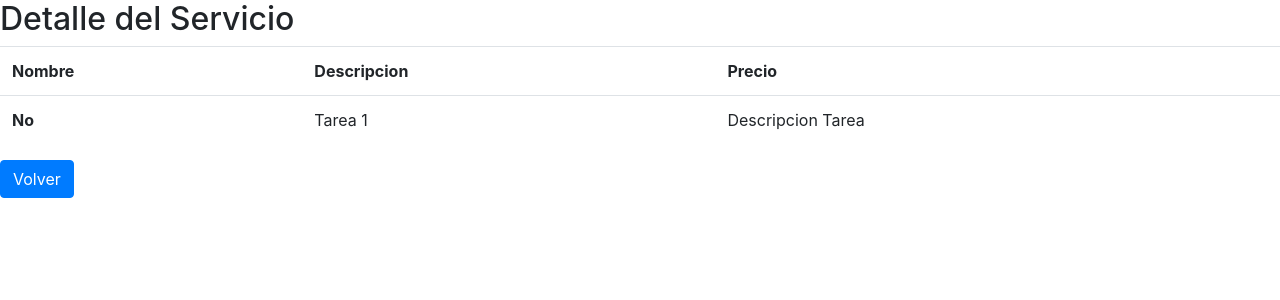
Repository: Alemartinez97/New-Repository
Page: programacion-3/tp4/servicios/ver/ver.html
An editor plug-in stored every save of this project. The page is shown before and after the next save, followed by the edit.
The browser window is 1280 px wide. The pictures show the whole page.

Above is the page before, as saved 2020-06-11 16:03:56.

### programacion-3/tp4/servicios/ver/ver.html
<!DOCTYPE html>
<html lang="en">
<head>
    <meta charset="UTF-8">
    <meta name="viewport" content="width=device-width, initial-scale=1.0">
    <title>Document</title>
    <link rel="stylesheet" href="https://stackpath.bootstrapcdn.com/bootstrap/4.5.0/css/bootstrap.min.css" integrity="sha384-9aIt2nRpC12Uk9gS9baDl411NQApFmC26EwAOH8WgZl5MYYxFfc+NcPb1dKGj7Sk" crossorigin="anonymous">
</head>
<body>
    <table class="table">
        <h2>Detalle del Servicio</h2>
        <tbody>
          <tr>
            <th>Nombre</th>
            <th>Descripcion</th>
            <th>Precio</th>
          </tr>
          <tr>
            <th>No</th>
            <td>Tarea 1</td>
            <td>Descripcion Tarea</td>
          </tr>
        </tbody>
      </table>
      <a href="../servicio.html" class="btn btn-primary">Volver</a>
</body>
</html>

After the next save:
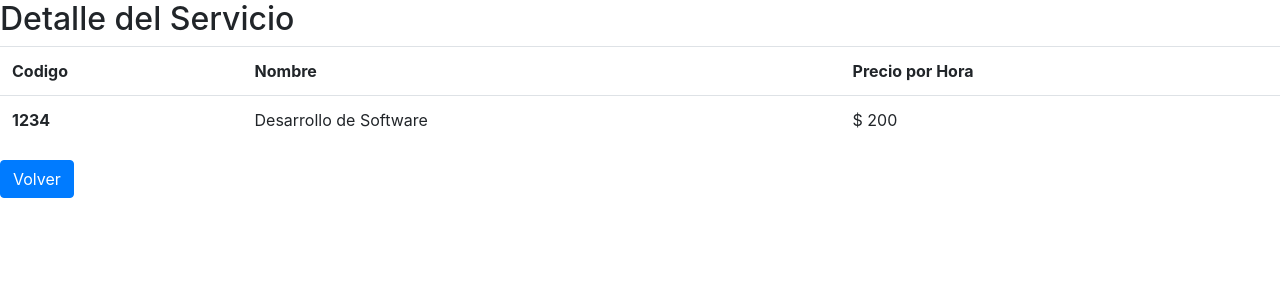
Saved 51 s later.
--- a/programacion-3/tp4/servicios/ver/ver.html
+++ b/programacion-3/tp4/servicios/ver/ver.html
@@ -11,14 +11,14 @@
         <h2>Detalle del Servicio</h2>
         <tbody>
           <tr>
+            <th>Codigo</th>
             <th>Nombre</th>
-            <th>Descripcion</th>
-            <th>Precio</th>
+            <th>Precio por Hora</th>
           </tr>
           <tr>
-            <th>No</th>
-            <td>Tarea 1</td>
-            <td>Descripcion Tarea</td>
+            <th>1234</th>
+            <td>Desarrollo de Software</td>
+            <td>$ 200</td>
           </tr>
         </tbody>
       </table>
